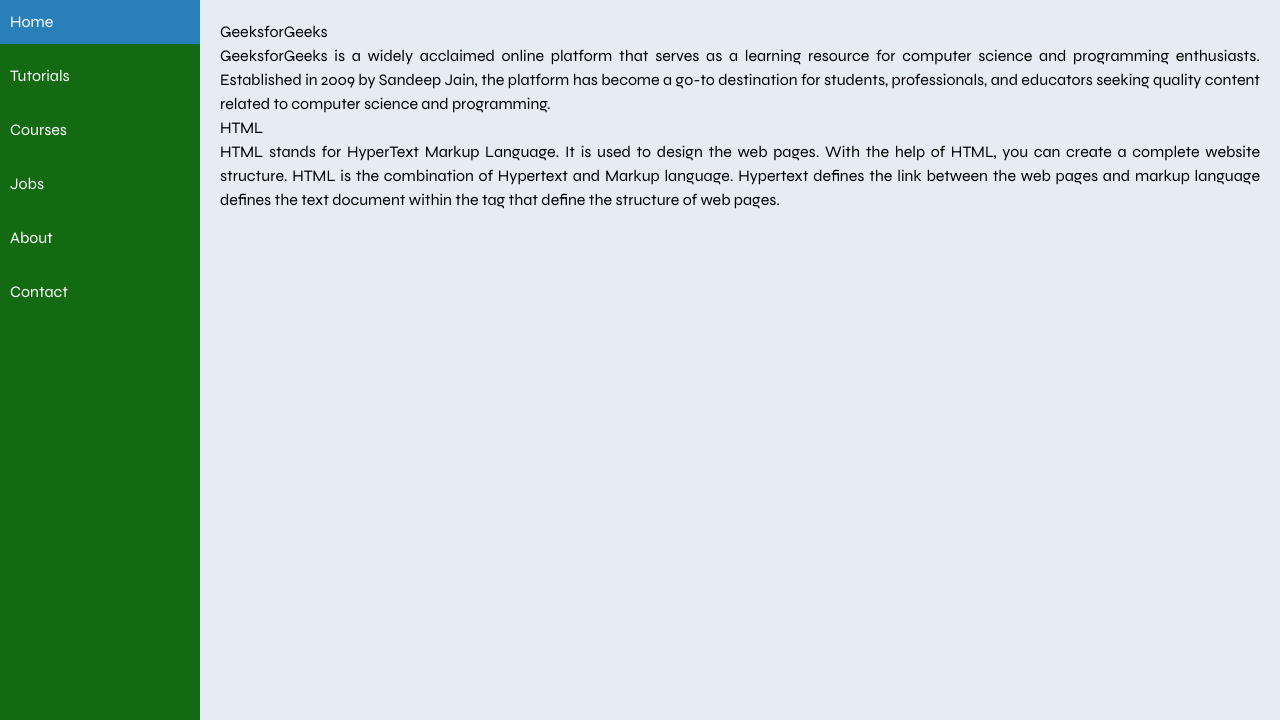
Repository: NikuMoradi/niku-moradi
Page: /
The author's editor kept a copy of each file at every save. The page is drawn from the files as they stood at one save, then again after the next save.
The browser window is 1280 px wide. The pictures show the whole page.
The project was rebuilt for these pictures with package versions that can differ from the ones it lists, and the page was loaded fresh each time. The framework's server and built-in components were replaced by stand-ins that run in the browser. Also part of the build but not shown: nuxt.config.ts, components/Blog Posts/Component-Design.vue, components/Blog.vue, components/Contact.vue, components/Education.vue, components/Experience.vue, components/Hero.vue, components/LeftPanel.vue and 6 more.

Above is the page before, as saved 2024-12-02 17:57:44.

After the next save:
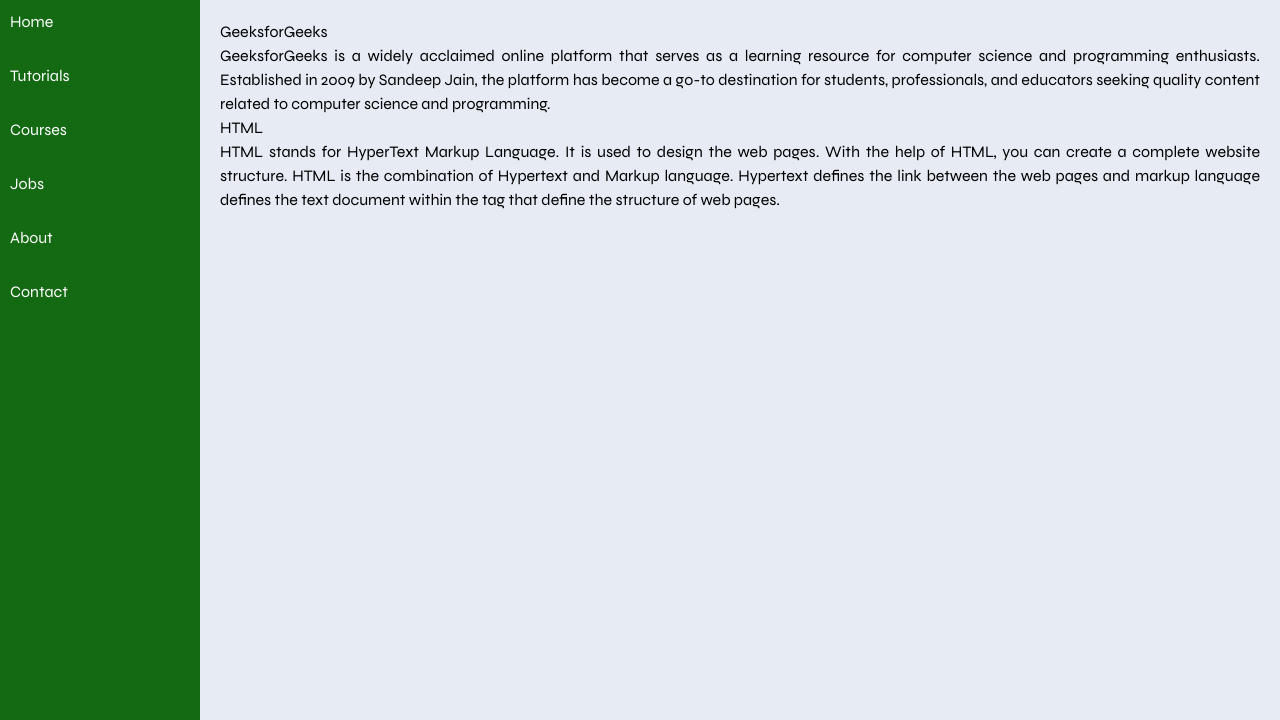
Saved 53 s later.
--- a/layouts/default.vue
+++ b/layouts/default.vue
@@ -67,9 +67,4 @@
   margin-bottom: 10px;
   transition: background-color 0.3s;
 }
-
-/* Change background color on hover */
-.sidebar a:hover {
-  background-color: #2980b9;
-}
 </style>
